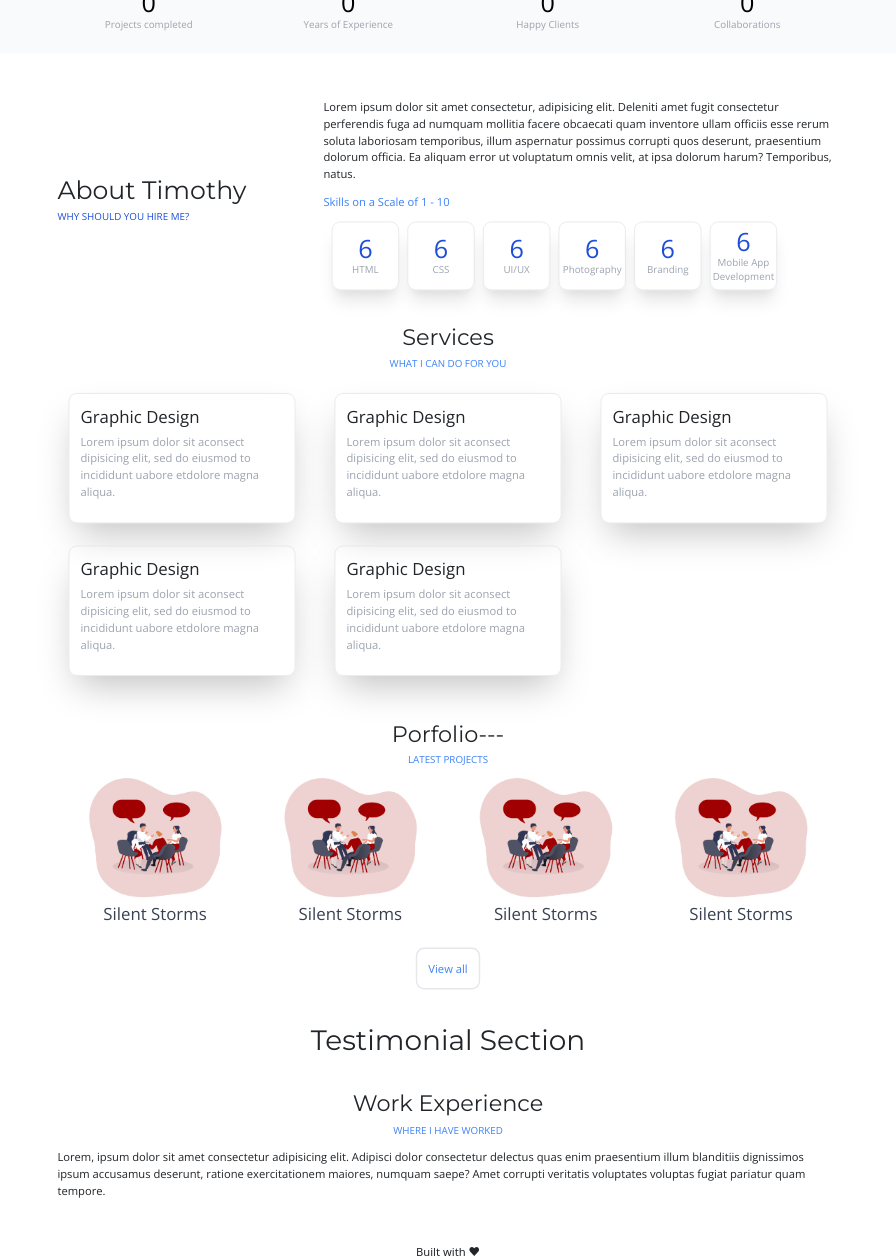
Repository: latenightsnacc/giggles
Page: HTML/freelancer.html
The author's editor kept a copy of each file at every save. The page is drawn from the files as they stood at one save, then again after the next save.
The browser window is 1280 px wide. The pictures show the part of the page from y = 682 to 2602 px (the page is 2482 px tall before and 2602 px after), at 70% of full size.
Some web libraries are served in a nearby version.

Above is the page before, as saved 2021-01-03 18:17:49.

### HTML/freelancer.html
<!DOCTYPE html>
<html lang="en">
<head>
    <meta charset="UTF-8">
    <meta name="viewport" content="width=device-width, initial-scale=1.0">
    <link href="https://cdnjs.cloudflare.com/ajax/libs/tailwindcss/2.0.2/tailwind.min.css" rel="stylesheet">
    <link rel="stylesheet" href="https://stackpath.bootstrapcdn.com/font-awesome/4.7.0/css/font-awesome.min.css" />
    <link href="https://cdn.jsdelivr.net/npm/bootstrap@5.0.0-beta1/dist/css/bootstrap.min.css" rel="stylesheet" integrity="sha384-giJF6kkoqNQ00vy+HMDP7azOuL0xtbfIcaT9wjKHr8RbDVddVHyTfAAsrekwKmP1" crossorigin="anonymous">
    <link rel="stylesheet" href="stylesheet.css">
    <title>Freelancer Page</title>
</head>
<body class="overflow-x-hidden">
    <header class="container">
        <nav class="navbar navbar-expand-lg navbar-light bg-white">
            <div class="container-fluid">
              <a class="navbar-brand" href="#">Navbar</a>
              <button class="navbar-toggler" type="button" data-bs-toggle="collapse" data-bs-target="#navbarNavDropdown" aria-controls="navbarNavDropdown" aria-expanded="false" aria-label="Toggle navigation">
                <span class="navbar-toggler-icon"></span>
              </button>
              <div class="collapse navbar-collapse" id="navbarNavDropdown">
                <ul class="navbar-nav ml-auto">
                  <li class="nav-item">
                    <a class="nav-link active" aria-current="page" href="#">About</a>
                  </li>
                  <li class="nav-item">
                    <a class="nav-link" href="#">Services</a>
                  </li>
                  <li class="nav-item">
                    <a class="nav-link" href="#">My Work</a>
                  </li>
                  <li class="nav-item">
                    <a class="nav-link" href="#">Contact</a>
                  </li>
                  <!-- <li class="nav-item dropdown">
                    <a class="nav-link dropdown-toggle" href="#" id="navbarDropdownMenuLink" role="button" data-bs-toggle="dropdown" aria-expanded="false">
                      Dropdown link
                    </a>
                    <ul class="dropdown-menu" aria-labelledby="navbarDropdownMenuLink">
                      <li><a class="dropdown-item" href="#">Action</a></li>
                      <li><a class="dropdown-item" href="#">Another action</a></li>
                      <li><a class="dropdown-item" href="#">Something else here</a></li>
                    </ul>
                  </li> -->
                </ul>
              </div>
            </div>
        </nav>
    </header>
    <main>
        <!--User Banner-->
        <div class="container mt-5">
            <div class="row flex items-center h-auto">
                <div class="col-sm-12 col-md-4 col-lg-4 col-xl-4">
                    <img src="assets/userDp.jpg" alt="Profile Picture">
                </div>
                <div class="col-sm-12 col-md-8 col-lg-8 col-xl-8">
                    <div class="user-info">
                        <span class="semi-bold text-blue-500 py-10">Hello I'm</span>
                        <h1>Timothy Michael</h1>
                        <h2>Professional Wedding Photographer</h2>
                        <p>Lorem ipsum dolor, sit amet consectetur adipisicing elit. Deserunt, et! Itaque consequuntur ratione quisquam quis, similique cum magni rem ipsam.</p>
                        <div class="mt-2">
                            <a href="#" class="text-xl text-gray-500 no-underline hover:text-blue-700">
                                <i class="fa fa-facebook-f"></i>
                            </a>
                            <a href="#" class="text-xl ml-5 text-gray-500 no-underline hover:text-blue-700">
                                <i class="fa fa-instagram"></i>
                            </a>
                            <a href="#" class="text-xl ml-5 text-gray-500 no-underline hover:text-blue-700">
                                <i class="fa fa-twitter"></i>
                            </a>
                            <a href="#" class="text-xl ml-5 text-gray-500 no-underline hover:text-blue-700">
                                <i class="fa fa-linkedin"></i>
                            </a>
                        </div>
                        <div class="flex flex-row ">
                            <button class="bg-blue-500 hover:bg-blue-700 text-white p-3 semi-bold rounded-xl shadow-2xl my-3">Hire me</button>
                            <button class="bg-blue-500 hover:bg-blue-700 text-white p-3 semi-bold rounded-xl shadow-2xl my-3 mx-3">Collaborate</button>
                        </div>

                    </div>
                </div>
            </div>
        </div>
        <!--User Statisitics-->
        <div class="stats w-full bg-gray-50 flex items-center h-auto py-3 mt-5">
            <div class="container">
                <div class="row">
                    <div class="stat-box col text-center">
                        <div class="bold text-4xl text-black">0</div>
                        <p class="text-sm text-gray-400">Projects completed</p>

                    </div>
                    <div class="stat-box col text-center">
                        <div class="bold text-4xl text-black">0</div>
                        <p class="text-sm text-gray-400">Years of Experience</p>
                    </div>
                    <div class="stat-box col text-center">
                        <div class="bold text-4xl text-black">0</div>
                        <p class="text-sm text-gray-400">Happy Clients</p>
                    </div>
                    <div class="stat-box col text-center">
                        <div class="bold text-4xl text-black">0</div>
                        <p class="text-sm text-gray-400">Collaborations</p>
                    </div>
                </div>
            </div>
        </div>
        <!--About User-->
        <div class="container my-5">
            <div class="row h-auto flex flex-row items-center">
                <div class="col-sm-12 col-md-6 col-lg-4 col-xl-4 pt-5">
                    <h3 class="text-4xl">About Timothy</h3>
                    <p class="text-sm text-blue-700 uppercase semi-bold">Why should you hire me?</p>
                </div>
                <div class="col-sm-12 col-md-6 col-lg-8 col-xl-8 pt-3">
                    <p>Lorem ipsum dolor sit amet consectetur, adipisicing elit. Deleniti amet fugit consectetur perferendis fuga ad numquam mollitia facere obcaecati quam inventore ullam officiis esse rerum soluta laboriosam temporibus, illum aspernatur possimus corrupti quos deserunt, praesentium dolorum officia. Ea aliquam error ut voluptatum omnis velit, at ipsa dolorum harum? Temporibus, natus.</p>
                    <span class="bold text-blue-500">Skills on a Scale of 1 - 10</span>
                    <div class="d-flex flex-wrap">
                        <div class="skill-box shadow-xl max-w-sm w-24 p-2 ml-3 mt-3 border border-gray-100 rounded-xl flex flex-col items-center justify-center text-center">

                            <span class="text-blue-700 bold text-4xl">6</span>
                            <div class="text-sm text-gray-400">HTML</div>
                        </div>
                        <div class="skill-box shadow-xl max-w-sm w-24 p-2 ml-3 mt-3 border border-gray-100 rounded-xl flex flex-col items-center justify-center text-center">

                            <span class="text-blue-700 bold text-4xl">6</span>
                            <div class="text-sm text-gray-400">CSS</div>
                        </div>
                        <div class="skill-box shadow-xl max-w-sm w-24 p-2 ml-3 mt-3 border border-gray-100 rounded-xl flex flex-col items-center justify-center text-center">

                            <span class="text-blue-700 bold text-4xl">6</span>
                            <div class="text-sm text-gray-400">UI/UX</div>
                        </div>
                        <div class="skill-box shadow-xl max-w-sm w-24 p-2 ml-3 mt-3 border border-gray-100 rounded-xl flex flex-col items-center justify-center text-center">

                            <span class="text-blue-700 bold text-4xl">6</span>
                            <div class="text-sm text-gray-400">Photography</div>
                        </div>
                        <div class="skill-box shadow-xl max-w-sm w-24 p-2 ml-3 mt-3 border border-gray-100 rounded-xl flex flex-col items-center justify-center text-center">

                            <span class="text-blue-700 bold text-4xl">6</span>
                            <div class="text-sm text-gray-400">Branding</div>
                        </div>
                        <div class="skill-box shadow-xl max-w-sm w-24 p-2 ml-3 mt-3 border border-gray-100 rounded-xl flex flex-col items-center justify-center text-center">

                            <span class="text-blue-700 bold text-4xl">6</span>
                            <div class="text-sm text-gray-400">Mobile App Development</div>
                        </div>
                    </div>
                </div>
            </div>
        </div>
        <!--Services User Provides-->
        <div class="container my-5">
            <h2 class="text-center">Services</h2>
            <p class="text-blue-500 text-sm uppercase text-center uppercase">What I can do for you</p>
            <div class="row">
                <div class="col-xs-12 col-sm-12 col-md-3 col-lg-3 col-xl-4">
                    <div class="max-w-sm shadow-2xl border border-blue-300 rounded-xl p-3 m-3 hover:bg-blue-500 hover:text-white">
                        <div class="service-title text-2xl bold  pb-2">Graphic Design</div>
                        <p class="text-md text-gray-400 hover:text-gray-50">Lorem ipsum dolor sit aconsect dipisicing elit, sed do eiusmod to incididunt uabore etdolore magna aliqua.</p>
                    </div>
                </div>
                <div class="col-xs-12 col-sm-12 col-md-3 col-lg-3 col-xl-4">
                    <div class="max-w-sm shadow-2xl border border-blue-300 rounded-xl p-3 m-3 hover:bg-blue-500 hover:text-white">
                        <div class="service-title text-2xl bold  pb-2">Graphic Design</div>
                        <p class="text-md text-gray-400 hover:text-gray-50">Lorem ipsum dolor sit aconsect dipisicing elit, sed do eiusmod to incididunt uabore etdolore magna aliqua.</p>
                    </div>
                </div>
                <div class="col-xs-12 col-sm-12 col-md-3 col-lg-3 col-xl-4">
                    <div class="max-w-sm shadow-2xl border border-blue-300 rounded-xl p-3 m-3 hover:bg-blue-500 hover:text-white">
                        <div class="service-title text-2xl bold  pb-2">Graphic Design</div>
                        <p class="text-md text-gray-400 hover:text-gray-50">Lorem ipsum dolor sit aconsect dipisicing elit, sed do eiusmod to incididunt uabore etdolore magna aliqua.</p>
                    </div>
                </div>
                <div class="col-xs-12 col-sm-12 col-md-3 col-lg-3 col-xl-4">
                    <div class="max-w-sm shadow-2xl border border-blue-300 rounded-xl p-3 m-3 hover:bg-blue-500 hover:text-white">
                        <div class="service-title text-2xl bold  pb-2">Graphic Design</div>
                        <p class="text-md text-gray-400 hover:text-gray-50">Lorem ipsum dolor sit aconsect dipisicing elit, sed do eiusmod to incididunt uabore etdolore magna aliqua.</p>
                    </div>
                </div>
                <div class="col-xs-12 col-sm-12 col-md-3 col-lg-3 col-xl-4">
                    <div class="max-w-sm shadow-2xl border border-blue-300 rounded-xl p-3 m-3 hover:bg-blue-500 hover:text-white">
                        <div class="service-title text-2xl bold  pb-2">Graphic Design</div>
                        <p class="text-md text-gray-400 hover:text-gray-50">Lorem ipsum dolor sit aconsect dipisicing elit, sed do eiusmod to incididunt uabore etdolore magna aliqua.</p>
                    </div>
                </div>
            </div>

        </div>
        <!--Gallery / User Porfolio-->
        <div class="container my-5">
            <h2 class="text-center">Porfolio---</h2>
            <p class="text-blue-500 text-sm uppercase  uppercase text-center">Latest Projects</p>

            <div class="row mx-auto">
                <div class="col-xs-12 col-sm-12 col-md-6 col-lg-3 col-xl-3">
                    <a href="#" class="no-underline text-center flex flex-col items-center">
                        <img src="assets/brainstorming_session__monochromatic.jpg" alt="latest project" />
                        <div class="title-project text-gray-700 bold text-2xl  hover:underline hover:text-blue-500 py-2">Silent Storms</div>
                    </a>
                </div>
                <div class="col-xs-12 col-sm-12 col-md-6 col-lg-3 col-xl-3">
                    <a href="#" class="no-underline text-center flex flex-col items-center">
                        <img src="assets/brainstorming_session__monochromatic.jpg" alt="latest project" />
                        <div class="title-project text-gray-700 bold text-2xl  hover:underline hover:text-blue-500 py-2">Silent Storms</div>
                    </a>
                </div>
                <div class="col-xs-12 col-sm-12 col-md-6 col-lg-3 col-xl-3">
                    <a href="#" class="no-underline text-center flex flex-col items-center">
                        <img src="assets/brainstorming_session__monochromatic.jpg" alt="latest project" />
                        <div class="title-project text-gray-700 bold text-2xl  hover:underline hover:text-blue-500 py-2">Silent Storms</div>
                    </a>
                </div>
                <div class="col-xs-12 col-sm-12 col-md-6 col-lg-3 col-xl-3">
                    <a href="#" class="no-underline text-center flex flex-col items-center">
                        <img src="assets/brainstorming_session__monochromatic.jpg" alt="latest project" />
                        <div class="title-project text-gray-700 bold text-2xl  hover:underline hover:text-blue-500 py-2">Silent Storms</div>
                    </a>
                </div>

            </div>
            <div class="flex justify-center my-4">
                <button class="text-center bg-white border-2 text-blue-500  p-3 semi-bold rounded-xl hover:border-blue-500">View all</button>
            </div>

        </div>
        <!--Testimonial Section-->
        <div class="container my-5">
            <h1 class="text-center">Testimonial Section</h1>
        </div>
        <!--Work Experience-->
        <div class="container my-5">
            <h2 class="text-center">Work Experience</h2>
            <p class="text-blue-500 text-sm uppercase text-center uppercase">Where I have worked</p>
            <div class="flex flex-row">
                <div class="text">
                    <p>Lorem, ipsum dolor sit amet consectetur adipisicing elit. Adipisci dolor consectetur delectus quas enim praesentium illum blanditiis dignissimos ipsum accusamus deserunt, ratione exercitationem maiores, numquam saepe? Amet corrupti veritatis voluptates voluptas fugiat pariatur quam tempore.</p>
                </div>
            </div>
        </div>
    </main>
    <footer class="text-center">Built with &hearts; </footer>
    <script src="https://cdn.jsdelivr.net/npm/bootstrap@5.0.0-beta1/dist/js/bootstrap.bundle.min.js" integrity="sha384-ygbV9kiqUc6oa4msXn9868pTtWMgiQaeYH7/t7LECLbyPA2x65Kgf80OJFdroafW" crossorigin="anonymous"></script>

</body>
</html>

### HTML/stylesheet.css
@import url('https://fonts.googleapis.com/css2?family=Montserrat:wght@400;700&family=Open+Sans:wght@300;400&display=swap');

h1, h2, h3, h4, h5, h6 {
    font-family: 'Montserrat', sans-serif;
}
.user-info h1 {
    line-height: 60px;
    font-size: 50px;
    font-weight: 700;
    margin-top: 20px;
}
.user-info h2 {
    line-height: 27px;
    font-size: 18px;
    font-weight: 400;
    margin-top: 15px;
}
.user-info span {
    line-height: 36px;
    font-size: 30px;
    font-weight: 600;
}
.user-info p {
    margin: 5px 0;
}
.user-info button {
    margin-top: 10px;
}
p, div, a, button {
    font-family: 'Open Sans', sans-serif;
    font-weight: 300;
}

After the next save:
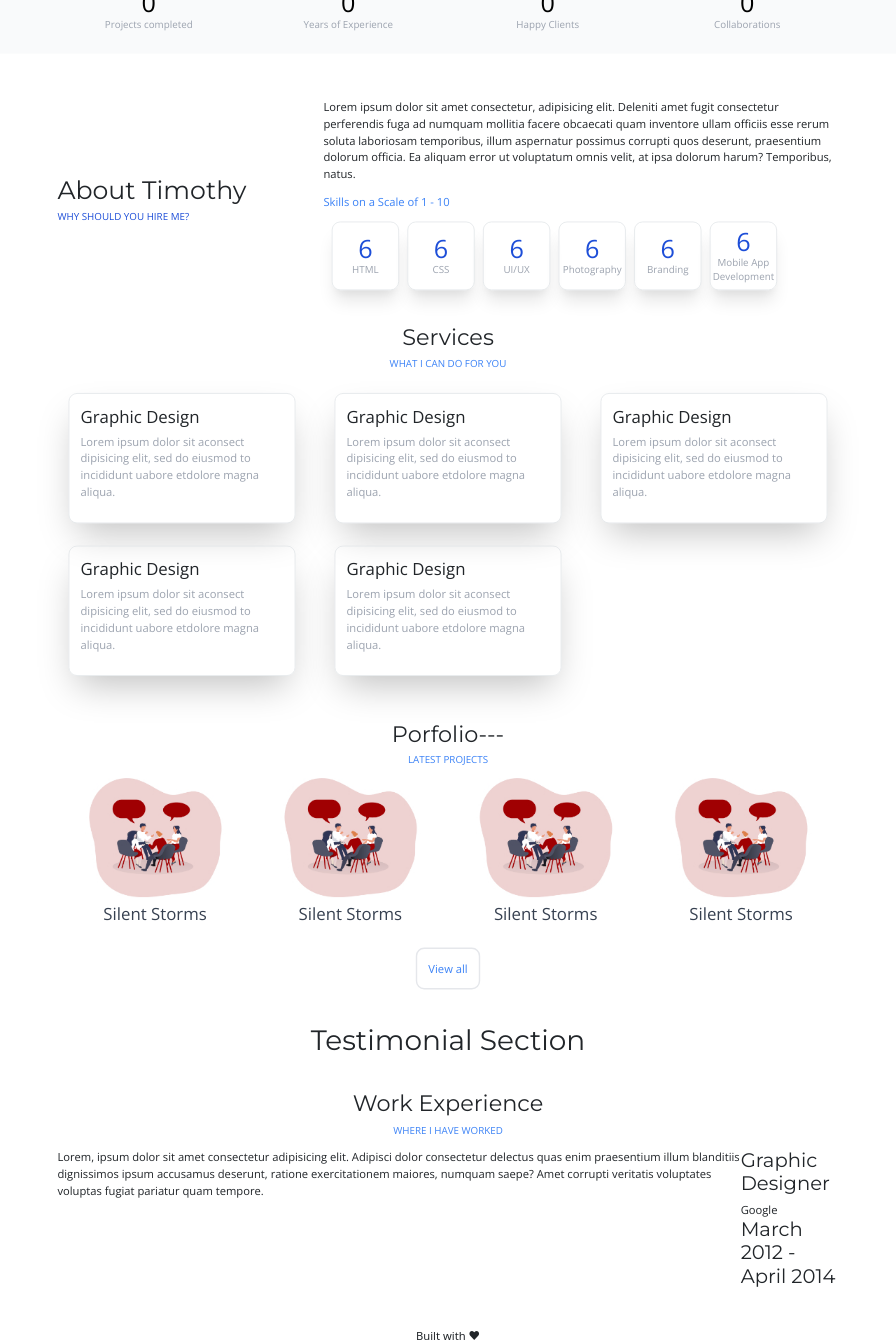
Saved 81 s later.
--- a/HTML/freelancer.html
+++ b/HTML/freelancer.html
@@ -238,6 +238,11 @@
                 <div class="text">
                     <p>Lorem, ipsum dolor sit amet consectetur adipisicing elit. Adipisci dolor consectetur delectus quas enim praesentium illum blanditiis dignissimos ipsum accusamus deserunt, ratione exercitationem maiores, numquam saepe? Amet corrupti veritatis voluptates voluptas fugiat pariatur quam tempore.</p>
                 </div>
+                <div class="details">
+                    <h3 class="job-title">Graphic Designer</h3>
+                    <span class="company">Google</span>
+                    <h3 class="experience">March 2012 - April 2014</h3>
+                </div>
             </div>
         </div>
     </main>
